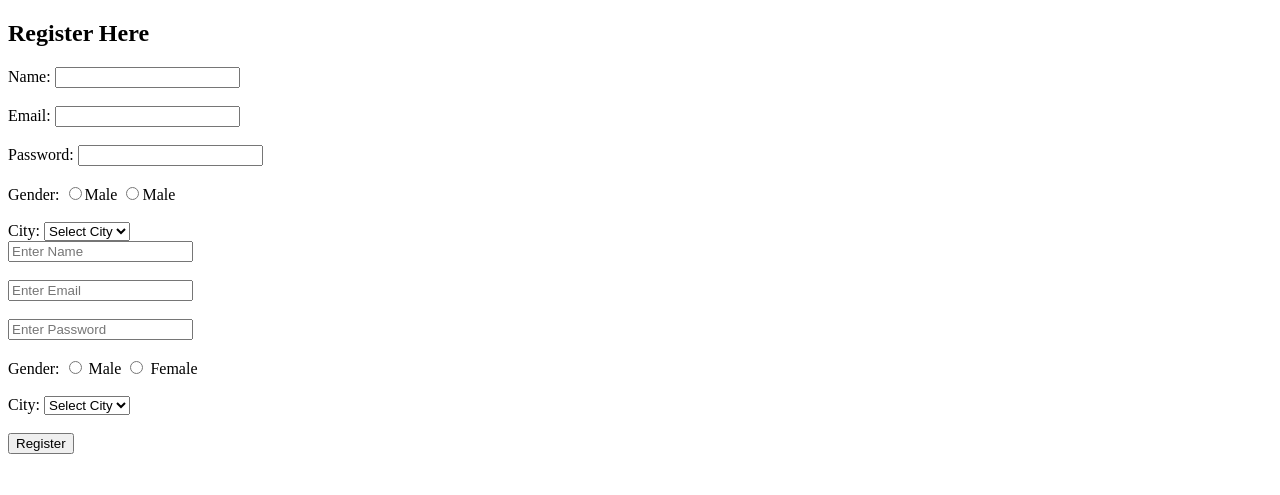
Repository: adhiraj-adhi/Spring_Programs
Page: http://localhost/WebMVCDemo8SpringFormTagLib1/WEB-INF/views/register.jsp
These files come from the project's save history. The page is drawn as it stood at one moment and after the next save; the edit follows.
The browser window is 1280 px wide. The pictures show the whole page.
The page is served by Tomcat 10. Nobody is signed in. Other server files are loaded and not shown. The template is opened directly, without the code that normally fills it, so the values that code supplies are empty.

Above is the page before, as saved 2024-03-06 19:30:56.

### Web MVC/WebMVCDemo8SpringFormTagLib1/src/main/webapp/WEB-INF/views/register.jsp
<%@ page language="java" contentType="text/html; charset=UTF-8"
    pageEncoding="UTF-8"%>

<!-- We know that to use any other external tags we have to use taglib so
	 To use Spring Form Tag Library we have to use taglib as
-->
<%@ taglib uri="http://www.springframework.org/tags/form" prefix="form" %>

<!DOCTYPE html>
<html>
<head>
<meta charset="UTF-8">
<title>Insert title here</title>
</head>
<body>
	<h2> Register Here </h2>

	<!-- Now, to create form using Spring Form Tag Library -->
	<form:form action="register" method="post">
		Name: <form:input path="name" /><br/><br/>
		Email: <form:input path="email"/> <br/><br/>
		Password: <form:password path="" /><br/><br/>
		Gender: <form:radiobutton path="gender" label="Male" value="Male" />
				<form:radiobutton path="gender" label="Male" value="Male" /><br/><br/>
		City: <form:select path="city">
				<form:option value="Select Citry"> Select City </form:option>
				<form:option value="Delhi"> Delhi </form:option>
				<form:option value="Kolkata"> Kolkata </form:option>
				<form:option value="Pune" label="Pune" />
			  </form:select>
	</form:form>



	<form action="register" method="post">
		<input type="text" name="name" placeholder="Enter Name" /><br/><br/>
		<input type="email" name="email" placeholder="Enter Email" /><br/><br/>
		<input type="password" name="password" placeholder="Enter Password" /><br/><br/>
		Gender: <input type="radio" name="gender" value="Male" /> Male <input type="radio" name="gender" value="Female" /> Female<br/><br/>

		City: <select name="city">
				<option value="Select City" > Select City </option>
				<option value="Delhi" > Delhi </option>
				<option value="Kolkata" > Kolkata </option>
				<option value="Pune" > Pune </option>
			  </select><br/><br/>
		<input type="submit" value="Register" />
	</form>
</body>
</html>

After the next save:
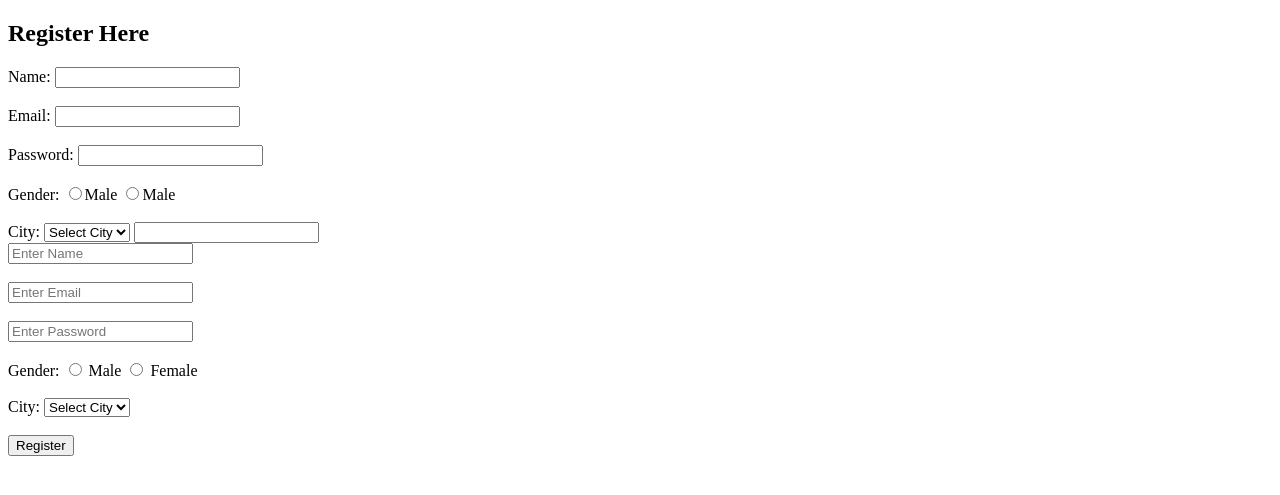
Saved 96 s later.
--- a/Web MVC/WebMVCDemo8SpringFormTagLib1/src/main/webapp/WEB-INF/views/register.jsp
+++ b/Web MVC/WebMVCDemo8SpringFormTagLib1/src/main/webapp/WEB-INF/views/register.jsp
@@ -28,6 +28,9 @@
 				<form:option value="Kolkata"> Kolkata </form:option>
 				<form:option value="Pune" label="Pune" />
 			  </form:select>
+		<!-- There's nothing specific for submit here so we can use either button or
+		our default form submit -->
+		<input />
 	</form:form>
 
 
